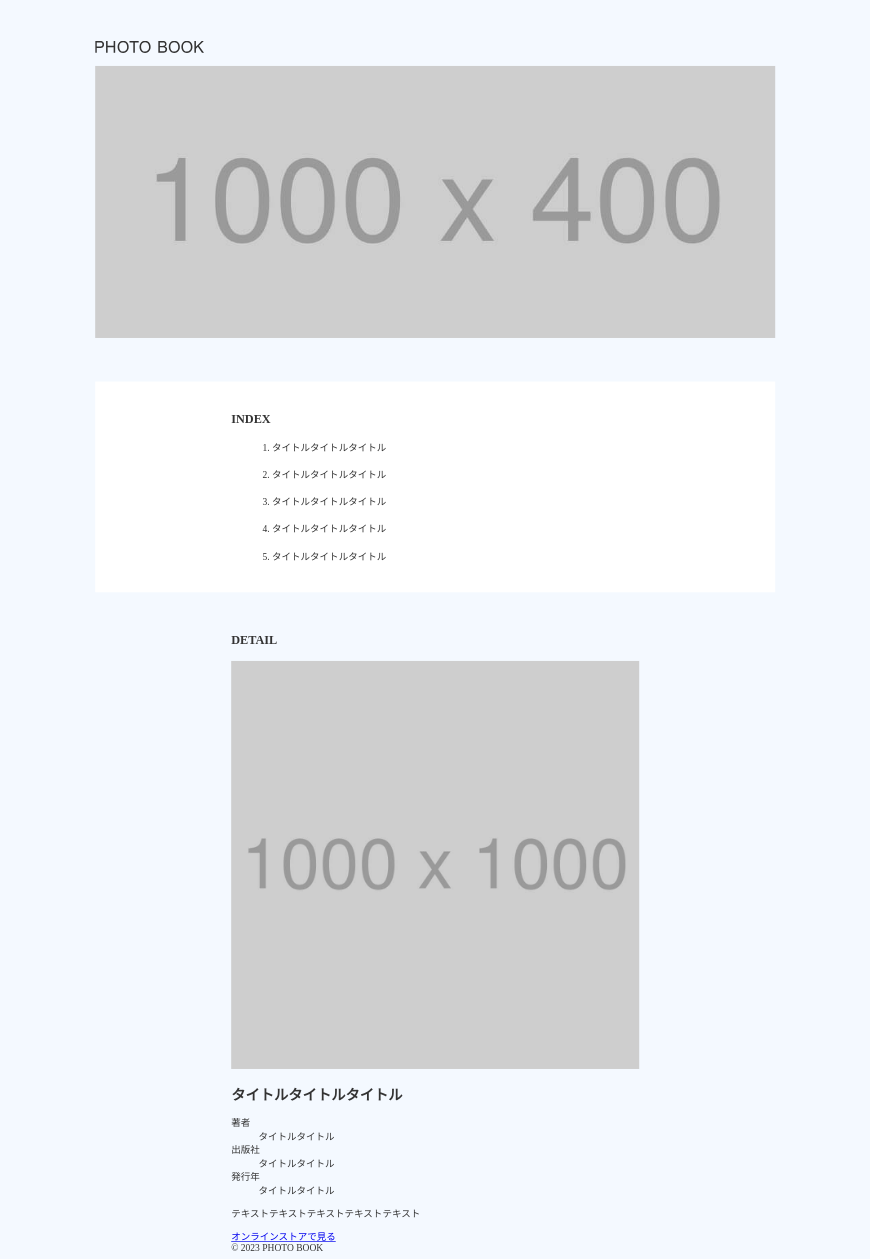
Repository: Fuki-san/photo-book-1
Page: http://localhost/photo
The author's editor kept a copy of each file at every save. The page is drawn from the files as they stood at one save, then again after a run of saves.
The browser window is 1280 px wide. The pictures show the whole page, at 68% of full size.
The page is served by the project's Laravel application, run on PHP 8.4 with Laravel 10. Other server files are loaded and not shown.

Above is the page before, as saved 2023-11-29 18:39:45.

### routes/web.php
<?php

use Illuminate\Support\Facades\Route;

/*
|--------------------------------------------------------------------------
| Web Routes
|--------------------------------------------------------------------------
|
| Here is where you can register web routes for your application. These
| routes are loaded by the RouteServiceProvider and all of them will
| be assigned to the "web" middleware group. Make something great!
|
*/

Route::get('/', function () {
    return view('welcome');
});

Route::get('photo', function () {
    return view('photo');
});

### resources/views/photo.blade.php
@extends('layouts.main')

@section('title', 'photo')

@section('content')
    <div class="container">
        <header id="header">
            <h1 class="site-title"><a href="#"><img src="img/logo.svg" alt=""></a></h1>
        </header>

        <main>
            <div id="mainvisual">
                <img src="img/mainvisual.jpg" alt="">
            </div>
            <section id="index">
                <div class="inner">
                    <h2 class="sec-title">INDEX</h2>
                    <ol class="index-list">
                        <li>タイトルタイトルタイトル</li>
                        <li>タイトルタイトルタイトル</li>
                        <li>タイトルタイトルタイトル</li>
                        <li>タイトルタイトルタイトル</li>
                        <li>タイトルタイトルタイトル</li>
                    </ol>
                </div>
            </section>

            <section id="detail">
                <div class="inner">
                    <h2 class="sec-title">DETAIL</h2>
                    <div class="content">
                        <img src="img/detail.jpg" alt="">
                        <div class="text">
                            <h2 class="title">タイトルタイトルタイトル</h2>
                            <dl>
                                <dt>著者</dt>
                                <dd>タイトルタイトル</dd>
                                <dt>出版社</dt>
                                <dd>タイトルタイトル</dd>
                                <dt>発行年</dt>
                                <dd>タイトルタイトル</dd>
                            </dl>
                            <p>テキストテキストテキストテキストテキスト</p>
                            <a rel="noopener noreferrer" class="link" target="_blank" href="#">オンラインストアで見る</a>
                        </div>
                    </div>
                </div>
            </section>
        </main>

        <footer id="footer">
            <p class="inner">&copy; 2023 PHOTO BOOK</p>
        </footer>

    </div>
@endsection

### resources/views/layouts/main.blade.php
<!DOCTYPE html>
<html lang="ja">
<head>
    <meta charset="UTF-8">
    <meta name="viewport" content="width=device-width, initial-scale=1.0">
    <meta http-equiv="X-UA-Compatible" content="ie=edge">
    <link rel="stylesheet" href="{{ asset('css/reset.css') }}">
    <link rel="stylesheet" href="{{ asset('css/style.css') }}">
    <link rel="icon" href="img/favicon.ico">
    <title>@yield('title')</title>
</head>
<body>
    @yield('content')
</body>
</html>

### public/css/style.css
@charset "utf-8";

html{
    font-size: 100%;
}
body{
    font-size: 0.875rem;
    color: #333;
    background-color: #f4f9ff;
}
img{
    max-width: 100%;
    /* 画像は文字みたいに最初からサイズが決まっているわけではないので、
    (厳密にいえばテキストも同様で○○remと相対的なサイズにする)小さい画面サイズで
    はみ出したり、大きい画面サイズで余白ができるほど小さい画像にならないように、
    レスポンシブデザインを活かすため、max-width100%をしている */
}
.container{
    /* つまり.containerの子要素は本来、子のブロック要素は親要素と同じ幅になってmarigin autoなんて
    効かないが、1000pxの幅を超えたときに、containerがインライン要素と同じ感じに
    (block要素の幅100%でなく)1000pxという幅を持ち始め、それよりも大きい外側の部分を調整して
    marigin autoが効き、真ん中に来るようになる。
    端的に言えば↓の2つのコードは、幅が1000pxを超えたときに要素が真ん中に来るようにすること */
    /* .containerにも.innerにもmax-widthをする理由は、.innerの幅は
    .containerの1000pxを超えることがないが、それを超えて例えば1200pxのとき、
    .containerは200px分marginを取る。子のsection index(containerと同じ幅)も同様に1000pxcontentになり200px分は
    marginになる。このときでもinnerは600pxの幅を保ち、親のsection(1000px)に対して400px(左右200pxずつ)
    marginを取り、残りの200pxはそもそも範囲外でmarginでさえ対象外だから関係なし。
    つまり最初真ん中にindex要素を配置したいな→indexは600pxまでmainvisualと同じ幅で
    それ以上は画像だけ幅が伸びていく形(T型見たいなデザイン)にしようかな...でmax-widthとmargin autoが決まる */
    max-width: 1000px;
    margin: 0 auto;
}
.inner{
    margin: 0 auto;
    max-width: 600px;
}
.sec-title{
    font-size: 1.125rem;
    font-weight: bold;
    margin-bottom: 20px;
}
/* header */

#header{
    margin-top: 60px;
}
#header .site-title{
    width: 160px;
    /* h1の高さ(厳密にはborderlineだから、文字のaとかだとa文字がmainvisualと重なる。vertical-align bottomにすれば大丈夫だが...)をaやimgと合わせるため。 */
    line-height: 1px;
}
#header a{
    /* h1の範囲をaと合わせるため。これでクリックする範囲をh1と同じにした。
    aの高さはdisplayblockしてない状態だとh1と同じ高さだから、
    aも高さ変更必要でdisplay blockを使用 */
    display: block;
}
/* main */
#mainvisual{
    margin-bottom: 60px;
}
#index{
    background-color: #fff;
    padding: 30px 0;
    margin-bottom: 60px;
}
#index .index-list{
    margin-left: 20px;
}
#index .index-list li{
    margin-bottom: 20px;
}
#index .index-list li:last-child{
    margin-bottom: 0;
}
/* detaill */
#detail{
    margin
}

### public/img/logo.svg
<?xml version="1.0" encoding="utf-8"?>
<!-- Generator: Adobe Illustrator 15.1.0, SVG Export Plug-In . SVG Version: 6.00 Build 0)  -->
<!DOCTYPE svg PUBLIC "-//W3C//DTD SVG 1.1//EN" "http://www.w3.org/Graphics/SVG/1.1/DTD/svg11.dtd">
<svg version="1.1" id="レイヤー_1" xmlns="http://www.w3.org/2000/svg" xmlns:xlink="http://www.w3.org/1999/xlink" x="0px"
	 y="0px" width="1400px" height="156px" viewBox="0 0 1400 156" enable-background="new 0 0 1400 156" xml:space="preserve">
<g>
	<path fill="#333333" d="M0,152.092V2.65h56.373c9.92,0,17.498,0.477,22.731,1.428c7.34,1.223,13.49,3.552,18.451,6.982
		c4.96,3.433,8.953,8.241,11.978,14.425c3.022,6.185,4.536,12.98,4.536,20.387c0,12.709-4.043,23.463-12.129,32.264
		c-8.09,8.802-22.699,13.202-43.834,13.202h-38.33v60.754H0z M19.775,73.702h38.636c12.775,0,21.847-2.379,27.217-7.136
		c5.369-4.757,8.053-11.451,8.053-20.082c0-6.252-1.581-11.604-4.741-16.056c-3.16-4.45-7.324-7.391-12.487-8.817
		c-3.33-0.883-9.481-1.325-18.452-1.325H19.775V73.702z"/>
	<path fill="#333333" d="M139.859,152.092V2.65h19.776v61.367h77.677V2.65h19.775v149.441h-19.775V81.652h-77.677v70.439H139.859z"
		/>
	<path fill="#333333" d="M288.174,79.309c0-24.805,6.66-44.224,19.98-58.258C321.473,7.019,338.667,0,359.735,0
		c13.795,0,26.232,3.298,37.309,9.889c11.076,6.593,19.521,15.784,25.332,27.574c5.811,11.791,8.716,25.163,8.716,40.112
		c0,15.155-3.059,28.713-9.175,40.674c-6.116,11.961-14.781,21.016-25.993,27.166c-11.214,6.15-23.311,9.226-36.291,9.226
		c-14.067,0-26.641-3.398-37.717-10.194c-11.079-6.794-19.471-16.071-25.179-27.829C291.029,104.86,288.174,92.425,288.174,79.309z
		 M308.562,79.614c0,18.01,4.843,32.197,14.527,42.559c9.684,10.364,21.831,15.546,36.442,15.546
		c14.884,0,27.131-5.231,36.75-15.699c9.615-10.464,14.423-25.313,14.423-44.546c0-12.165-2.057-22.784-6.167-31.856
		c-4.112-9.071-10.126-16.106-18.043-21.101c-7.917-4.995-16.804-7.493-26.656-7.493c-14,0-26.046,4.81-36.137,14.425
		C313.608,41.065,308.562,57.121,308.562,79.614z"/>
	<path fill="#333333" d="M490.425,152.092V20.286h-49.237V2.65h118.451v17.636h-49.439v131.806H490.425z"/>
	<path fill="#333333" d="M570.14,79.309c0-24.805,6.658-44.224,19.979-58.258C603.438,7.019,620.632,0,641.7,0
		c13.794,0,26.23,3.298,37.309,9.889c11.076,6.593,19.522,15.784,25.331,27.574c5.813,11.791,8.717,25.163,8.717,40.112
		c0,15.155-3.059,28.713-9.176,40.674c-6.114,11.961-14.779,21.016-25.992,27.166s-23.311,9.226-36.291,9.226
		c-14.068,0-26.641-3.398-37.717-10.194c-11.078-6.794-19.47-16.071-25.179-27.829C572.994,104.86,570.14,92.425,570.14,79.309z
		 M590.526,79.614c0,18.01,4.843,32.197,14.527,42.559c9.685,10.364,21.83,15.546,36.442,15.546
		c14.883,0,27.132-5.231,36.748-15.699c9.615-10.464,14.424-25.313,14.424-44.546c0-12.165-2.057-22.784-6.166-31.856
		c-4.113-9.071-10.127-16.106-18.043-21.101c-7.918-4.995-16.804-7.493-26.658-7.493c-14,0-26.044,4.81-36.136,14.425
		C595.572,41.065,590.526,57.121,590.526,79.614z"/>
	<path fill="#333333" d="M812.43,152.092V2.65h56.066c11.416,0,20.573,1.514,27.472,4.537c6.896,3.024,12.3,7.68,16.209,13.966
		c3.907,6.286,5.861,12.861,5.861,19.724c0,6.39-1.732,12.404-5.198,18.044c-3.467,5.641-8.7,10.193-15.7,13.659
		c9.039,2.65,15.987,7.172,20.848,13.558c4.857,6.389,7.289,13.933,7.289,22.631c0,7-1.479,13.506-4.435,19.521
		c-2.957,6.016-6.612,10.652-10.958,13.915c-4.352,3.261-9.806,5.726-16.363,7.391c-6.558,1.666-14.593,2.497-24.106,2.497H812.43z
		 M832.206,65.444h32.313c8.768,0,15.053-0.576,18.859-1.733c5.027-1.493,8.818-3.975,11.366-7.439
		c2.548-3.468,3.822-7.815,3.822-13.049c0-4.961-1.188-9.328-3.567-13.099c-2.38-3.773-5.776-6.354-10.192-7.748
		c-4.419-1.393-11.997-2.09-22.733-2.09h-29.868V65.444z M832.206,134.457h37.208c6.386,0,10.872-0.237,13.455-0.715
		c4.552-0.814,8.358-2.173,11.417-4.077c3.058-1.901,5.571-4.672,7.544-8.308c1.971-3.634,2.956-7.832,2.956-12.589
		c0-5.571-1.428-10.414-4.281-14.526c-2.854-4.111-6.814-6.999-11.876-8.665c-5.063-1.664-12.354-2.497-21.865-2.497h-34.558
		V134.457z"/>
	<path fill="#333333" d="M946.479,79.309c0-24.805,6.659-44.224,19.979-58.258C979.776,7.019,996.972,0,1018.039,0
		c13.794,0,26.23,3.298,37.309,9.889c11.077,6.593,19.521,15.784,25.331,27.574c5.812,11.791,8.717,25.163,8.717,40.112
		c0,15.155-3.058,28.713-9.175,40.674s-14.781,21.016-25.994,27.166s-23.311,9.226-36.29,9.226
		c-14.068,0-26.641-3.398-37.717-10.194c-11.078-6.794-19.47-16.071-25.18-27.829C949.332,104.86,946.479,92.425,946.479,79.309z
		 M966.865,79.614c0,18.01,4.842,32.197,14.526,42.559c9.685,10.364,21.83,15.546,36.442,15.546
		c14.884,0,27.133-5.231,36.749-15.699c9.615-10.464,14.424-25.313,14.424-44.546c0-12.165-2.057-22.784-6.166-31.856
		c-4.113-9.071-10.127-16.106-18.044-21.101c-7.917-4.995-16.803-7.493-26.657-7.493c-14.001,0-26.044,4.81-36.136,14.425
		C971.91,41.065,966.865,57.121,966.865,79.614z"/>
	<path fill="#333333" d="M1108.865,79.309c0-24.805,6.66-44.224,19.979-58.258C1142.163,7.019,1159.357,0,1180.426,0
		c13.794,0,26.23,3.298,37.31,9.889c11.076,6.593,19.521,15.784,25.332,27.574c5.811,11.791,8.715,25.163,8.715,40.112
		c0,15.155-3.059,28.713-9.175,40.674c-6.115,11.961-14.779,21.016-25.993,27.166s-23.312,9.226-36.29,9.226
		c-14.068,0-26.642-3.398-37.719-10.194c-11.078-6.794-19.469-16.071-25.177-27.829
		C1111.719,104.86,1108.865,92.425,1108.865,79.309z M1129.254,79.614c0,18.01,4.842,32.197,14.525,42.559
		c9.684,10.364,21.831,15.546,36.442,15.546c14.882,0,27.131-5.231,36.749-15.699c9.615-10.464,14.424-25.313,14.424-44.546
		c0-12.165-2.057-22.784-6.167-31.856c-4.113-9.071-10.127-16.106-18.043-21.101c-7.917-4.995-16.804-7.493-26.658-7.493
		c-13.999,0-26.044,4.81-36.135,14.425C1134.298,41.065,1129.254,57.121,1129.254,79.614z"/>
	<path fill="#333333" d="M1276.45,152.092V2.65h19.776V76.76l74.211-74.109h26.81l-62.691,60.552l65.444,88.89h-26.096
		l-53.213-75.638l-24.465,23.854v51.784H1276.45z"/>
</g>
</svg>

After the next 2 saves:
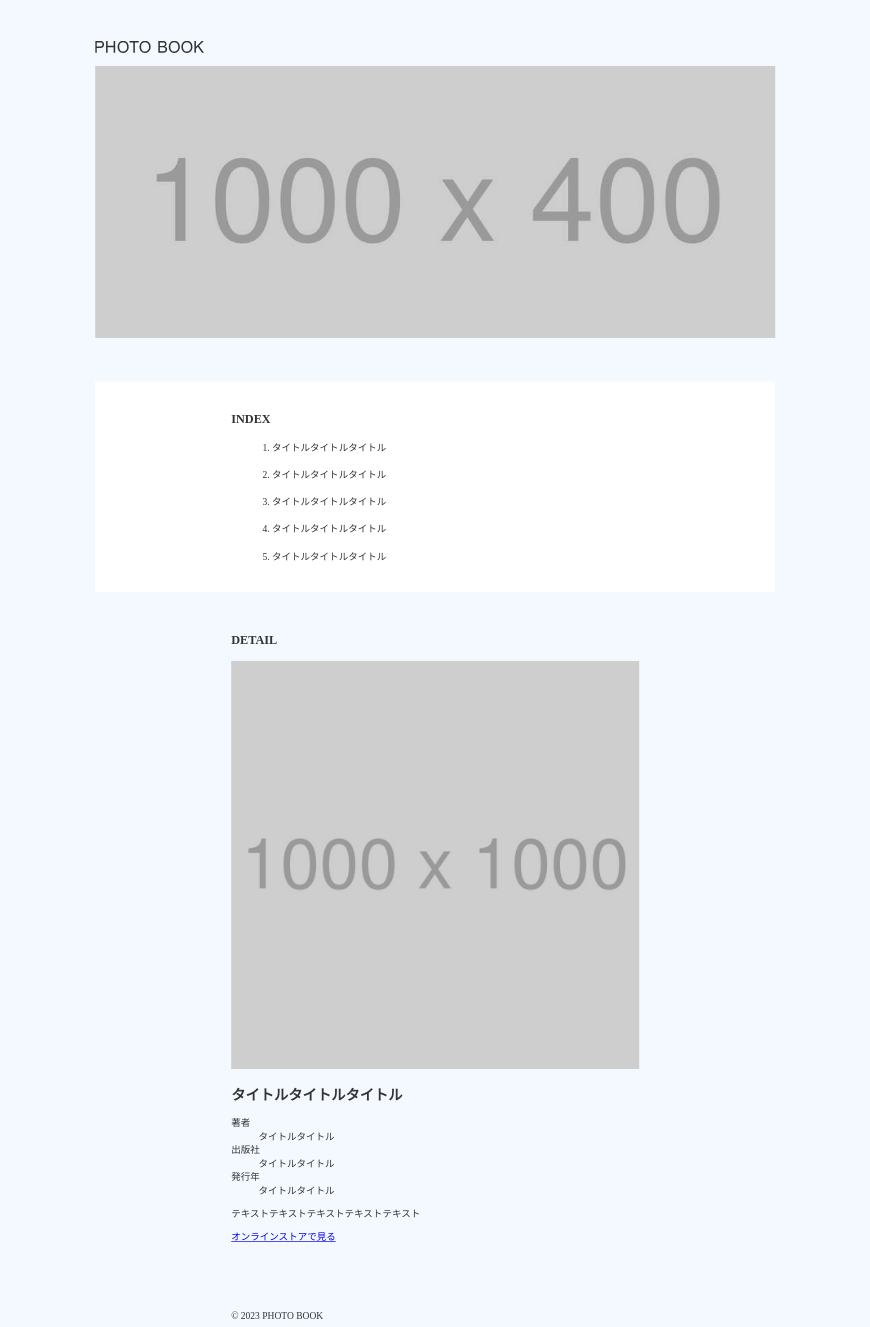
The 2 saves are shown as one change because they came seconds apart.
The last was saved 5 s later.
--- a/public/css/style.css
+++ b/public/css/style.css
@@ -76,5 +76,5 @@
 }
 /* detaill */
 #detail{
-    margin
+    margin-bottom: 100px;
 }
